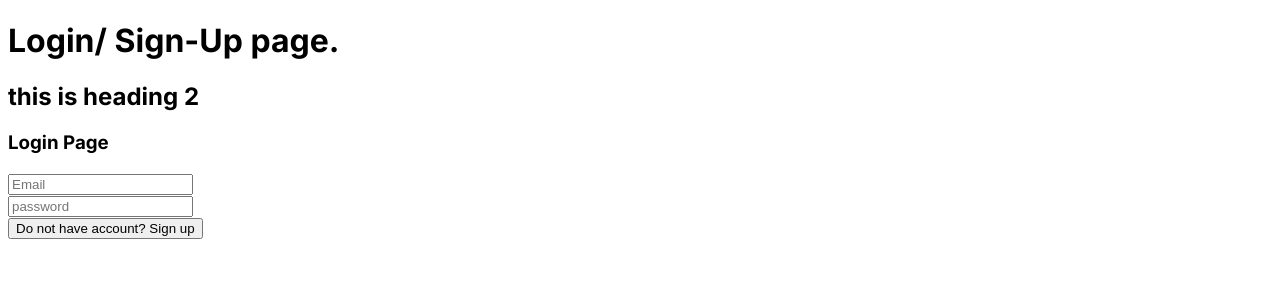
Repository: its-kundan/food-on-time
Page: /restaurant
An editor plug-in stored every save of this project. The page is shown before and after a run of saves, followed by the edit.
The browser window is 1280 px wide. The pictures show the whole page.
The project was rebuilt for these pictures with package versions that can differ from the ones it lists, and the page was loaded fresh each time. The framework's server and built-in components were replaced by stand-ins that run in the browser. Also part of the build but not shown: next.config.mjs, src/app/globals.css, src/app/_components/SignUp.jsx.

Above is the page before, as saved 2024-07-24 19:41:36.

After the next 2 saves:
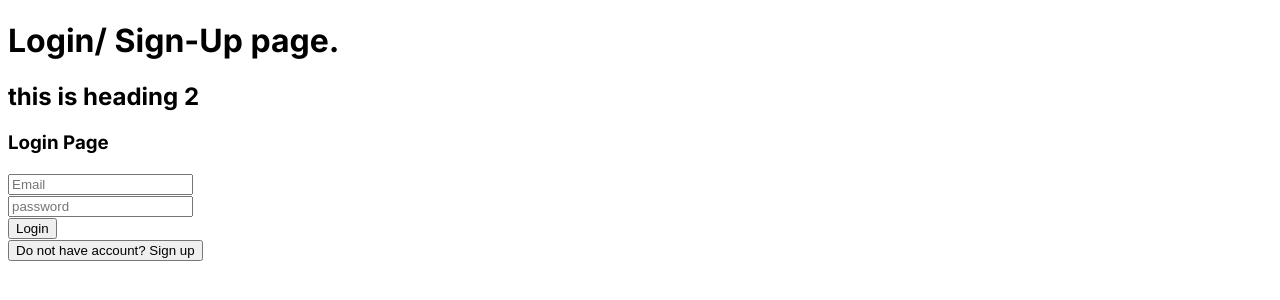
The 2 saves are shown as one change because they came seconds apart.
The last was saved 8 s later.
--- a/src/app/_components/Login.jsx
+++ b/src/app/_components/Login.jsx
@@ -7,6 +7,8 @@ function Login() {
         <input type="email" placeholder="Email" />
         <br />
         <input type="password" placeholder="password" />
+        <br />
+        <button>Login</button>
     </>
   )
 }
